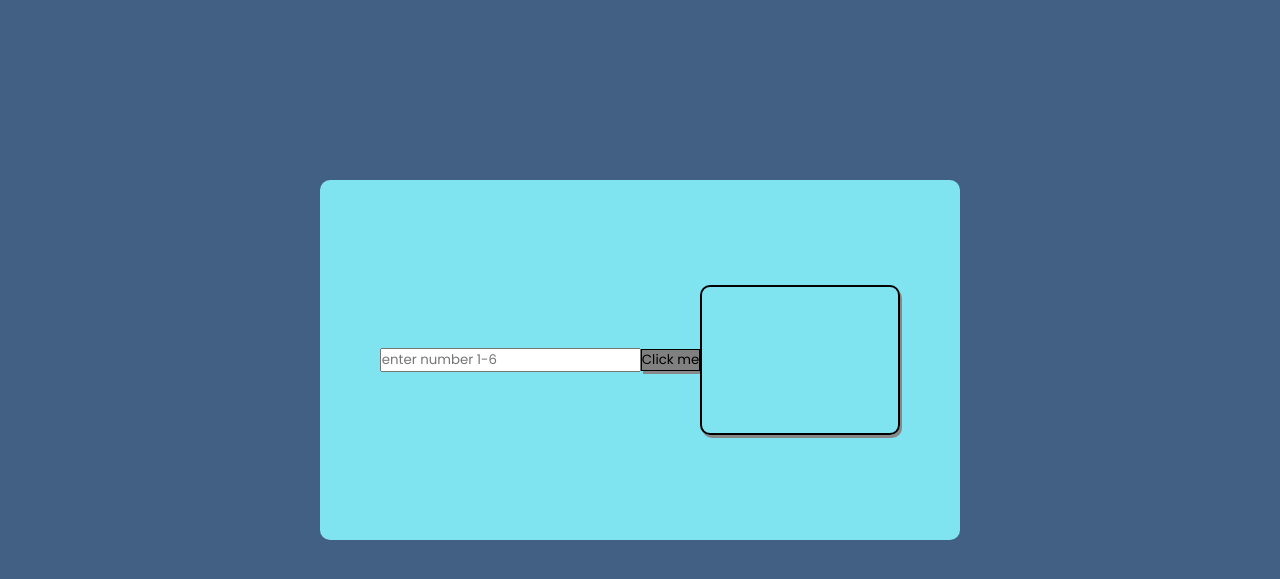
Repository: Seryozha02/Guessing-Game
Page: promise.html
An editor plug-in stored every save of this project. The page is shown before and after the next save, followed by the edit.
The browser window is 1280 px wide. The pictures show the whole page.

Above is the page before, as saved 2022-02-23 14:14:35.

### promise.html
<!DOCTYPE html>
<html lang="en">
<head>
    <meta charset="UTF-8">
    <meta http-equiv="X-UA-Compatible" content="IE=edge">
    <meta name="viewport" content="width=device-width, initial-scale=1.0">
    <link rel="stylesheet" href="./promise.css">
    <title>Guessing Game</title>
</head>
<body>
    <div class="body">
        <div class="conteiner">

            <div class="main">
                <input type="number" id="value" placeholder="enter number 1-6">
                <button class="btn" id="button">Click me</button>
                <div class="table" id="show-text">
                    <p class="p1"></p>
                    <p class="p2"></p>
                </div>
                <p class="sum"></p>
            </div>
        </div>
    </div>
  <script src="./promise.js"></script>
</body>
</html>

### promise.css
@import url('https://fonts.googleapis.com/css2?family=Poppins:wght@200;300;400;500;600;700&display=swap');
* {
    margin: 0;
    padding: 0;
    box-sizing: border-box;
    font-family: 'Poppins', sans-serif;
}

.body {
    background-color: rgb(65, 96, 131);
    position: absolute;
    width: 100%;
    height: 100%;
    display: flex;
    align-items: center;
    justify-content: center;
}

.conteiner {
    background-color: rgb(128, 227, 240);
    position: relative;
    width: 50%;
    height: 50%;
    display: flex;
    align-items: center;
    justify-content: center;
    border-radius: 10px;
}

.main {
    display: contents;
    flex-direction: row;
}

.table {
    border: 2px solid black;
    width: 200px;
    height: 150px;
    box-shadow: 2px 3px #888888;
    border-radius: 10px;
}

.btn {
    background-color: grey;
    border: 1px solid;
    box-shadow: 2px 3px #888888;
}

### promise.js
const value = document.getElementById("value");
const button = document.getElementById("button");
const p1Text = document.querySelector(".p1");
let p2Text = document.querySelector(".p2");
const sum = document.querySelector(".sum");
let showText = document.getElementById("show-text");
let totalCount = 0;

function randomNum(max) {
    return Math.floor(Math.random() * max) + 1;
}
function guess(random, inputValue) {
    return new Promise(function(resolve, reject) {
        let count = 0;
        if (inputValue === random) {
            count = 2;
            resolve(count);
        } else if (Math.abs(inputValue - random) === 1) {
            count = 1;
            resolve(count);
        } else {
            count = 0;
            reject(count);
        }
    })
};
button.addEventListener("click", function() {
    let random = randomNum(6);
    if (Number(value.value) > 6 || Number(value.value) < 1) {
        showText.innerText = "";
        alert("please choose number from 1 to 6")
    } else {
        inputValue = Number(value.value);
        p1Text.innerText = "random number: " + random;
    }
    guess(random, inputValue).then(function(result) {
        totalCount += result;
        p2Text.innerText = `count number: ${result}`;
        sum.innerText = `total: ${totalCount}`;
    }).catch(function(param) {
        if (param !== 0) {
            totalCount += param;
        } else {
            totalCount = 0;
        }
        p2Text.innerText = `count number: ${param}`;
        sum.innerText = `total: ${totalCount}`;
    })

})

After the next save:
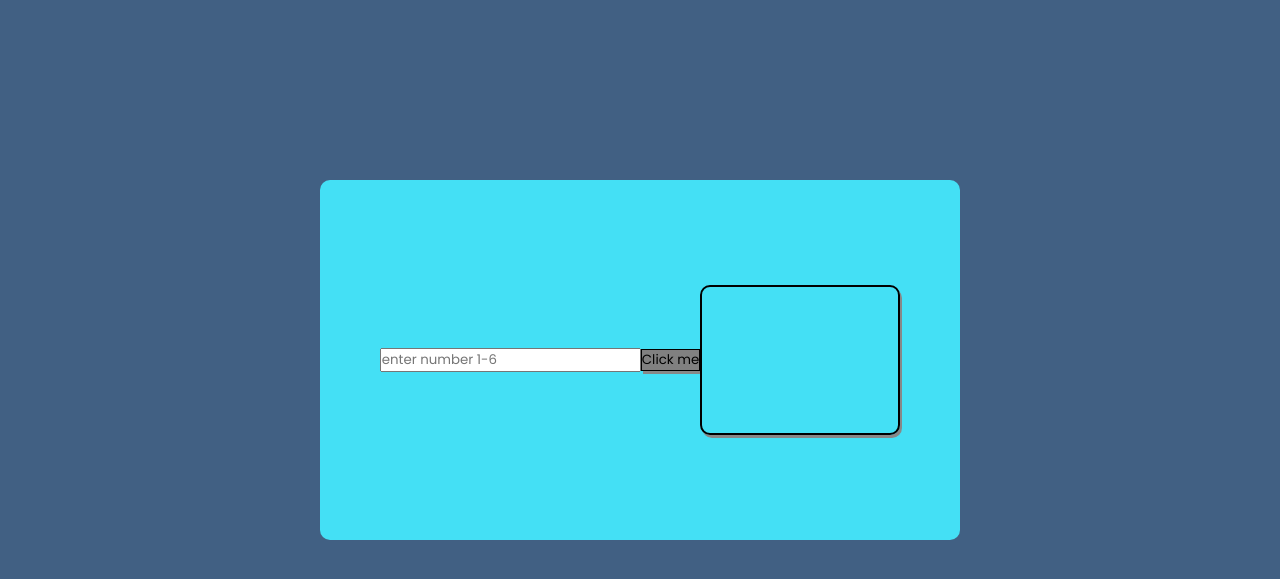
Saved 4 s later.
--- a/promise.css
+++ b/promise.css
@@ -17,7 +17,7 @@
 }
 
 .conteiner {
-    background-color: rgb(128, 227, 240);
+    background-color: rgb(68, 224, 245);
     position: relative;
     width: 50%;
     height: 50%;
